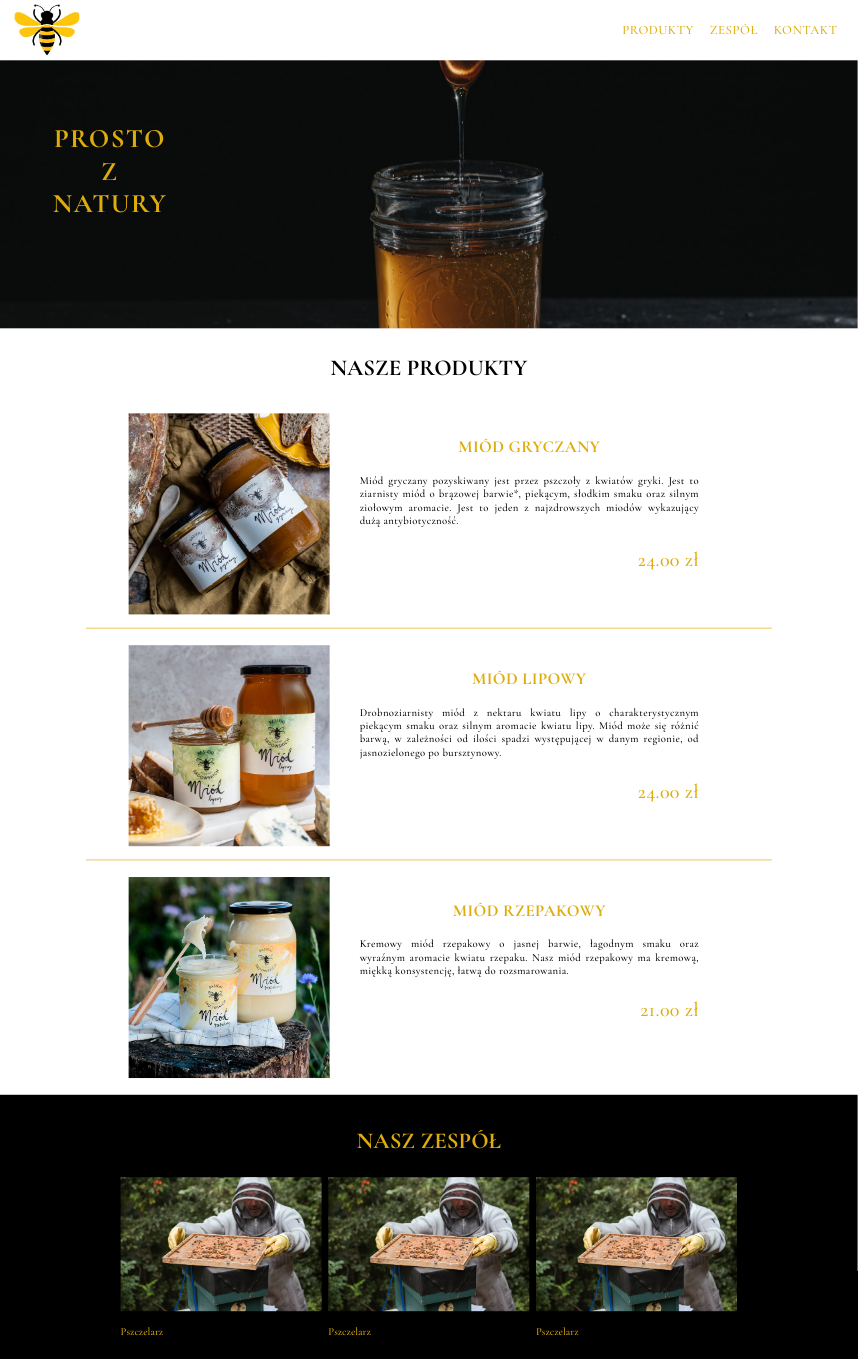
Repository: rucpata/company_page_honey
Page: index.html
These files come from the project's save history. The page is drawn as it stood at one moment and after the next save; the edit follows.
The browser window is 1280 px wide. The pictures show the whole page, at 67% of full size.

Above is the page before, as saved 2021-01-15 17:13:26.

### index.html
<!DOCTYPE html>

<html>
  <head>
    <link rel="shortcut icon" href="favicon.ico" type="image/x-icon">
    <meta charset="utf-8">
    <meta name="description" content="">
    <link rel="stylesheet" href="./styles.css" type="text/css">
  </head>

  <body>
    <header>
      <img class='logo' src='./img/logo.png' alt='logo'>
      <nav>
        <ul>
          <li>
            <a href='.products' class=''/>Produkty</a>
          </li>
          <li>
            <a href='#'/>Zespół</a>
          </li>
          <li>
            <a href='#'/>Kontakt</a>
          </li>
        </ul>
      </nav>
    </header>
    <main>
      <section class='hero'>
        <h1>PROSTO Z NATURY</h1>
      </section>

      <section class='produckts'>
        <h2>Nasze produkty</h2>
        <div class='product product-one'>
          <img src='./img/gryczany.jpg' alt='miód lipowy'>
          <div class='discribson'>
            <h3>Miód Gryczany</h3>
            <p>Miód gryczany pozyskiwany jest przez pszczoły z kwiatów gryki. Jest to ziarnisty miód o brązowej barwie*, piekącym, słodkim smaku oraz silnym ziołowym aromacie. Jest to jeden z najzdrowszych miodów wykazujący dużą antybiotyczność.</p>
            <p class='price'>24.00 zł</p>
          </div>
        </div>
        <div class='product product-two'>
          <img src='./img/lipwy.jpg' alt='miód lipowy'>
          <div class='discribson'>
            <h3>Miód Lipowy</h3>
            <p>Drobnoziarnisty miód z nektaru kwiatu lipy o charakterystycznym piekącym smaku oraz silnym aromacie kwiatu lipy. Miód może się różnić barwą, w zależności od ilości spadzi występującej w danym regionie, od jasnozielonego po bursztynowy.</p>
            <p class='price'>24.00 zł</p>
          </div>
        </div>
        <div class='product'>
          <img src='./img/rzepakowy.jpg' alt='miód lipowy'>
          <div class='discribson'>
            <h3>Miód Rzepakowy</h3>
            <p>Kremowy miód rzepakowy o jasnej barwie, łagodnym smaku oraz wyraźnym aromacie kwiatu rzepaku. Nasz miód rzepakowy ma kremową, miękką konsystencję, łatwą do rozsmarowania. </p>
            <p class='price'>21.00 zł</p>
          </div>
        </div>
      </section>
      <section class='team'>
        <h2>Nasz zespół</h2>
        <div class='teams'>
          <div class='person'>
            <img src='./img/person1.jpg' alt='team'>
            <div class='person-name'>
              <p>Pszczelarz</p>
              <p></p>
            </div>
          </div>

          <div class='person'>
            <img src='./img/person1.jpg' alt='team'>
            <div class='person-name'>
              <p>Pszczelarz</p>
              <p></p>
            </div>
          </div>

          <div class='person'>
            <img src='./img/person1.jpg' alt='team'>
            <div class='person-name'>
              <p>Pszczelarz</p>
              <p></p>
            </div>
          </div>
        </div>
      </section>
      <footer>

      </footer>
    </main>
  </body>
</html>

### styles.css
@import url('https://fonts.googleapis.com/css2?family=Cormorant+Garamond:wght@300;500;700&display=swap');

body {
    font-size: 16px;
    font-family: 'Cormorant Garamond', serif;
    margin: 0;
    padding: 0;
}

header {
    display: flex;
    justify-content: space-between;
    padding: 5px 20px;
    align-items: center;
}

li {
    display: inline-block;
    padding: 0 10px;
    text-transform: uppercase;

}

header a {
    text-decoration: none;
    color: #DEAD0D;
    font-size: 1.2rem;
    letter-spacing: 0.8px;
}

header a:hover {
    color: black;
}

.logo {
    height: 80px;
    width: auto;
}

.hero{
    background-image: url('./img/hero.jpg');
    height: 400px;
    background-size: cover;
    background-position: center;
    background-repeat: no-repeat;
    position: relative;
    opacity: 1;
}

.hero h1{
    color: #DEAD0D;
    position: absolute;
    top: 50px;
    font-size: 40px;
    padding: 10px 5%;
    width: 200px;
    height: auto;
    text-align: center;
    letter-spacing: 2px;
}
.products{
    padding: 10px 0;
    margin-bottom: 10px;


}
.product{
    padding: 20px 5%;
    margin: 5px 10%;
    display: flex;
    justify-content: center;

}

.product-one{
    border-bottom: 1px solid #DEAD0D;
}

.product-two{
    border-bottom: 1px solid #DEAD0D;
}

.product img{
    max-width: 300px;
    max-height: 300px;
    width: 40%;
    height: 50%;
    margin: auto;
}
.discribson{
    padding: 10px 5%;
    width: 60%;
    letter-spacing: 0.5px;
    text-align: justify;

}
h2{
    text-transform: uppercase;
    text-align: center;
    font-size: 34px;
    padding-top: 10px;
}

h3{
    text-transform: uppercase;
    color: #DEAD0D;
    font-size: 25px;
    text-align: center;
}

.price{
    color: #DEAD0D;
    font-size: 30px;
    text-align: right;
}

.team{
    background-color: black;
    min-height: 100px;
    color: #DEAD0D;
    padding: 10px 5%;
}

.teams{
    display: flex;
    justify-content: center;
    flex-wrap: wrap;
}
.person{
    margin: 5px 5px;
}

.person img{
    max-width: 300px;
    max-height: 300px;

    margin: auto;
}

After the next save:
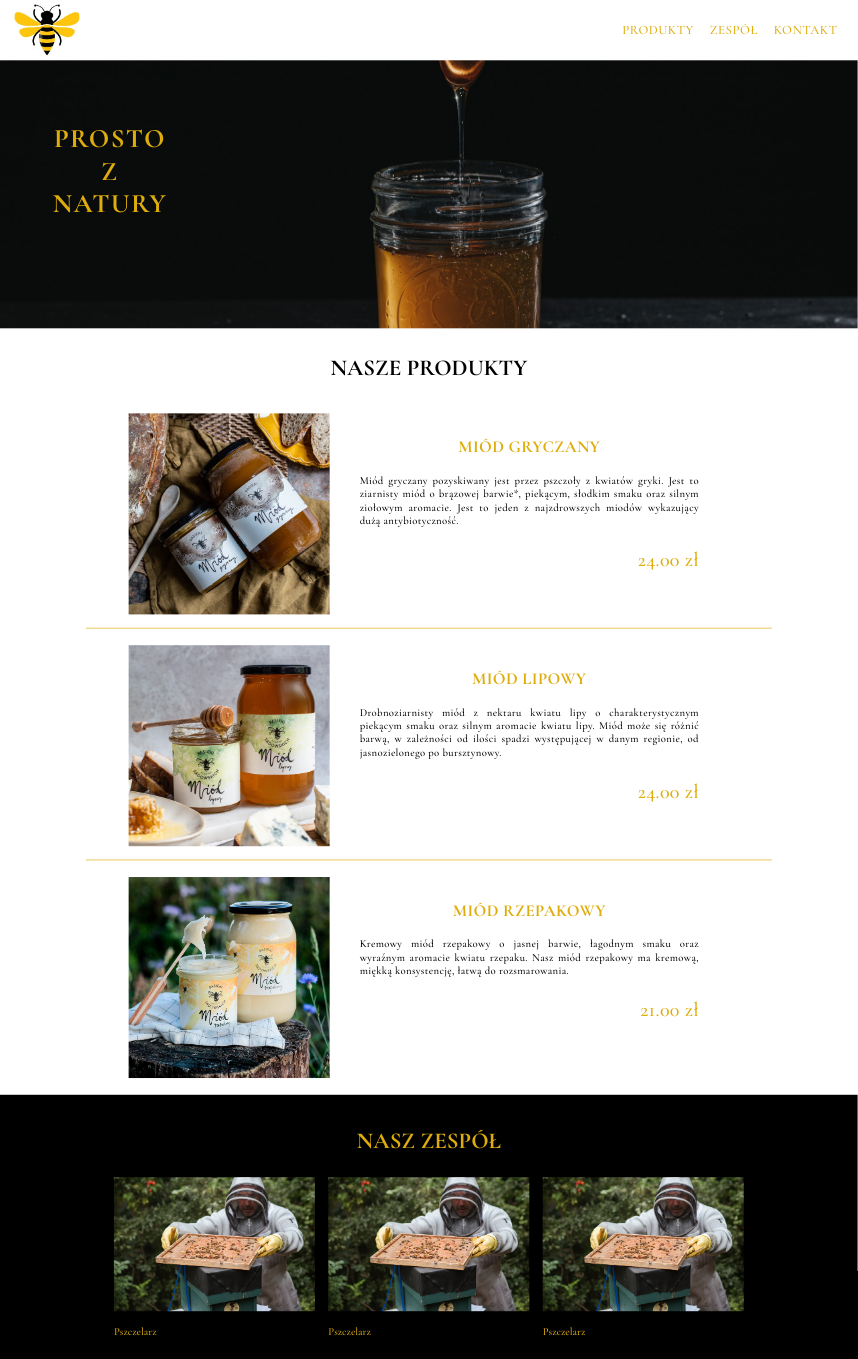
Saved 7 s later.
--- a/styles.css
+++ b/styles.css
@@ -127,7 +127,7 @@
     flex-wrap: wrap;
 }
 .person{
-    margin: 5px 5px;
+    margin: 5px 10px;
 }
 
 .person img{
